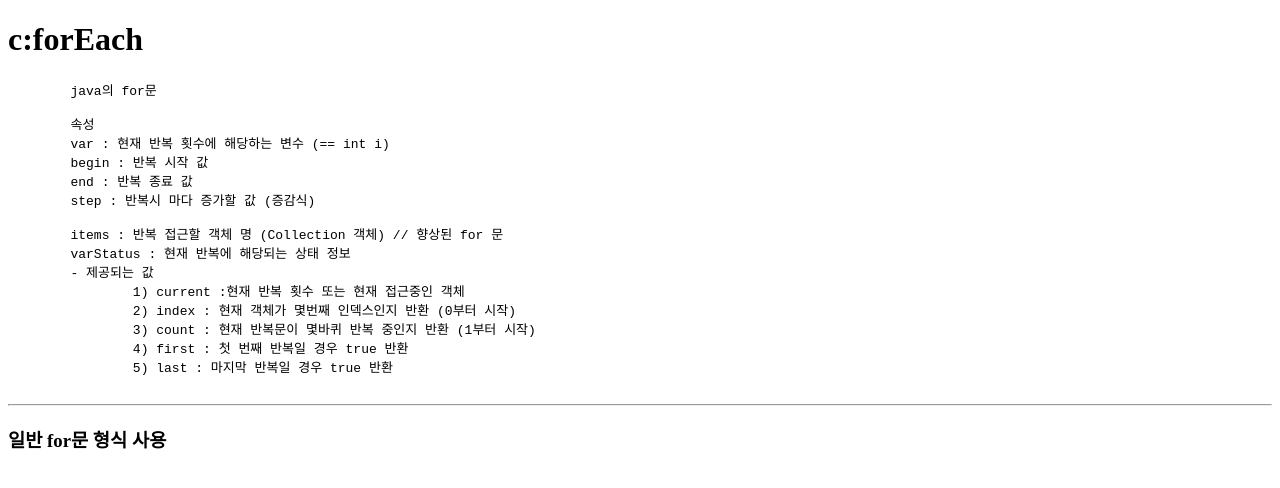
Repository: Seenee-Shin/servlet-jsp
Page: http://localhost/JSPProject/06_JSTL_2.jsp
The author's editor kept a copy of each file at every save. The page is drawn from the files as they stood at one save, then again after the next save.
The browser window is 1280 px wide. The pictures show the whole page.
The page is served by Tomcat 9.

Above is the page before, as saved 2021-11-30 02:45:50.

After the next save:
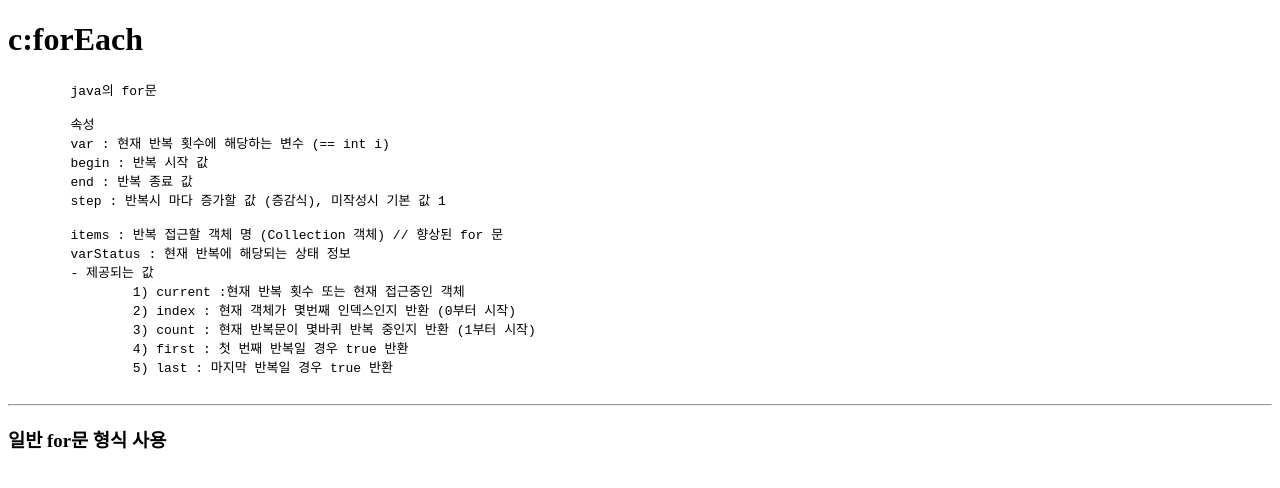
Saved 32 s later.
--- a/JSPProject/src/main/webapp/06_JSTL_2.jsp
+++ b/JSPProject/src/main/webapp/06_JSTL_2.jsp
@@ -16,7 +16,7 @@
 	var : 현재 반복 횟수에 해당하는 변수 (== int i)
 	begin : 반복 시작 값
 	end : 반복 종료 값
-	step : 반복시 마다 증가할 값 (증감식)
+	step : 반복시 마다 증가할 값 (증감식), 미작성시 기본 값 1
 
 	items : 반복 접근할 객체 명 (Collection 객체) // 향상된 for 문
 	varStatus : 현재 반복에 해당되는 상태 정보
@@ -30,7 +30,7 @@
 
 	<hr>
 	<h3>일반 for문 형식 사용 </h3>
-	<c:forEach var="i" begin="1" end="6" step="1">
+	<c:forEach var="i" begin="1" end="6" >
 
 	</c:forEach>
 </body>
